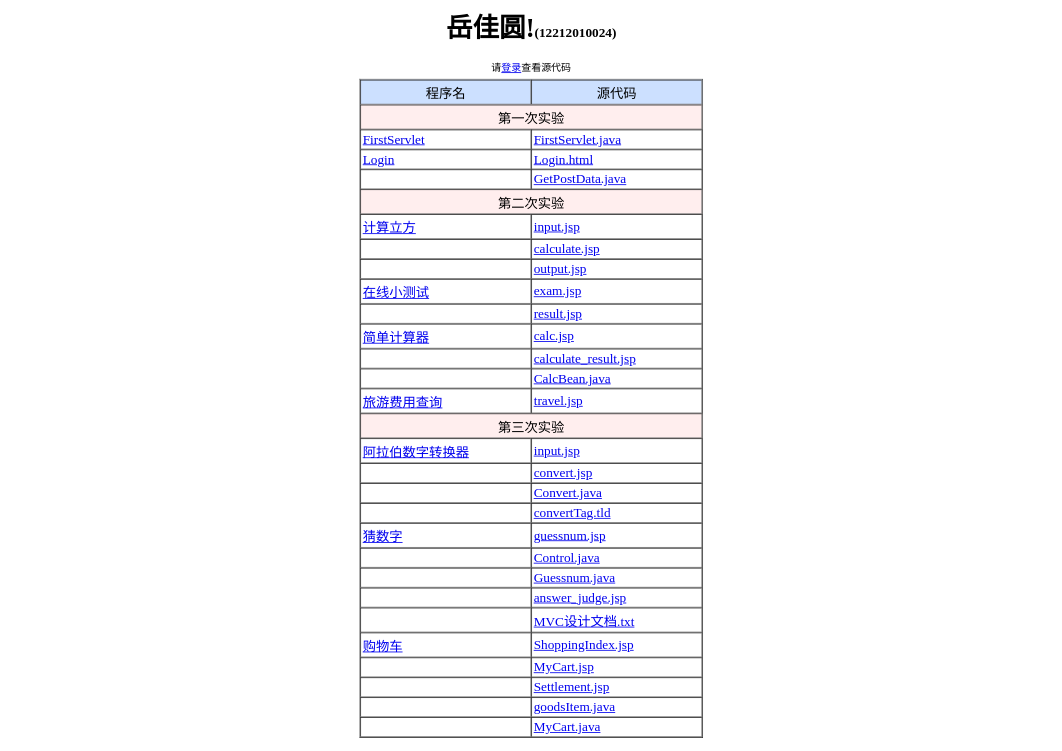
Repository: phjy007/javaee_hw
Page: http://localhost/javaweb/
An editor plug-in stored every save of this project. The page is shown before and after the next save, followed by the edit.
The browser window is 1280 px wide. The pictures show the whole page, at 83% of full size.
The page is served by Tomcat 9.

Above is the page before, as saved 2012-12-27 18:07:18.

After the next save:
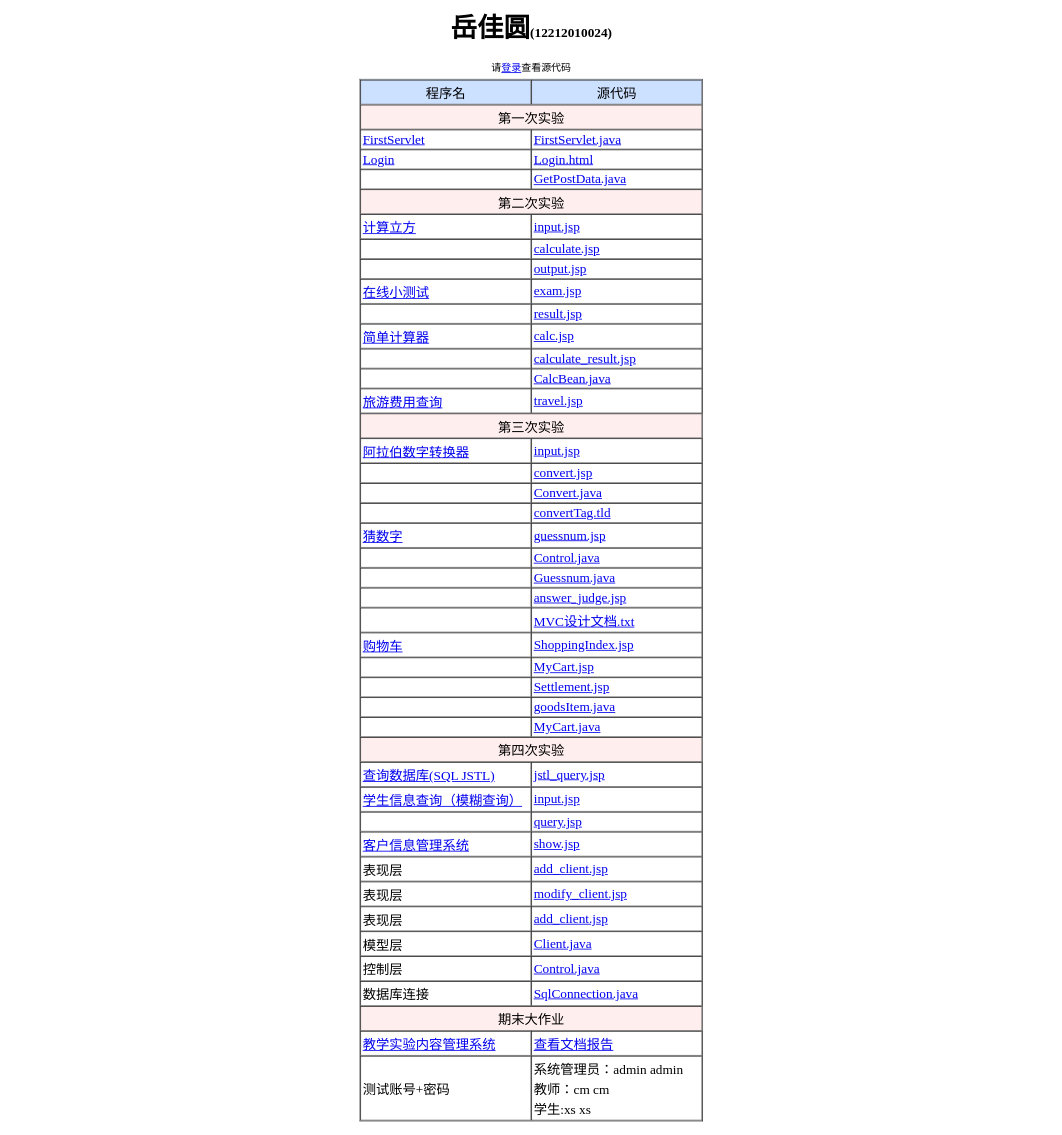
Saved 27 s later.
--- a/javaweb/WebRoot/index.jsp
+++ b/javaweb/WebRoot/index.jsp
@@ -37,7 +37,7 @@ String basePath = request.getScheme()+"://"+request.getServerName()+":"+request.
   </head>
 
   <body>
-    <CENTER><FONT SIZE="6"><B>岳佳圆!</B></FONT><FONT SIZE="3"><B>(12212010024)</B></FONT></CENTER><br>
+    <CENTER><FONT SIZE="6"><B>岳佳圆</B></FONT><FONT SIZE="3"><B>(12212010024)</B></FONT></CENTER><br>
   	<%
   		String username = (String)session.getAttribute("username");
   		if("jw1201024".equals(username)) {
@@ -151,6 +151,51 @@ String basePath = request.getScheme()+"://"+request.getServerName()+":"+request.
 		<td><a href="./ReadScode?lab=lab03&file=MyCart.java">MyCart.java</a></td>
 	</tr>
 
+
+	<tr><td class="cap" colspan="2" align="center" style="background-color:#FFEEEE">第四次实验</td></tr>
+	<tr>
+		<td><a href="./lab04/jstl_query.jsp">查询数据库(SQL JSTL)</a></td>
+		<td><a href="./ReadScode?lab=lab04&file=jstl_query.jsp">jstl_query.jsp</a></td>
+	</tr>
+	<tr>
+		<td><a href="./lab04/input.jsp">学生信息查询（模糊查询）</a></td>
+		<td><a href="./ReadScode?lab=lab04&file=input.jsp">input.jsp</a></td>
+	</tr>
+	<tr><td>&nbsp;</td>
+		<td><a href="./ReadScode?lab=lab04&file=query.jsp">query.jsp</a></td>
+	</tr>
+	<tr>
+		<td><a href="./lab04/show.jsp">客户信息管理系统</a></td>
+		<td><a href="./ReadScode?lab=lab04&file=show.jsp">show.jsp</a></td>
+	</tr>
+	<tr><td>表现层</td>
+		<td><a href="./ReadScode?lab=lab04&file=add_client.jsp">add_client.jsp</a></td>
+	</tr>
+	<tr><td>表现层</td>
+		<td><a href="./ReadScode?lab=lab04&file=modify_client.jsp">modify_client.jsp</a></td>
+	</tr>
+	<tr><td>表现层</td>
+		<td><a href="./ReadScode?lab=lab04&file=add_client.jsp">add_client.jsp</a></td>
+	</tr>
+	<tr><td>模型层</td>
+		<td><a href="./ReadScode?lab=lab04&file=Client.java">Client.java</a></td>
+	</tr>
+	<tr><td>控制层</td>
+		<td><a href="./ReadScode?lab=lab04&file=Control.java">Control.java</a></td>
+	</tr>
+	<tr><td>数据库连接</td>
+		<td><a href="./ReadScode?lab=lab04&file=SqlConn.java">SqlConnection.java</a></td>
+	</tr>
+
+	<tr><td class="cap" colspan="2" align="center" style="background-color:#FFEEEE">期末大作业</td></tr>
+	<tr>
+		<td><a href="./project/login.jsp">教学实验内容管理系统</a></td>
+		<td><a href="./project/static/12212010024doc.pdf">查看文档报告</a></td>
+	</tr>
+	<tr><td>测试账号+密码</td>
+		<td>系统管理员：admin admin<br>教师：cm cm<br>学生:xs xs</td>
+	</tr>
+
 	</table>
   </form>
 
